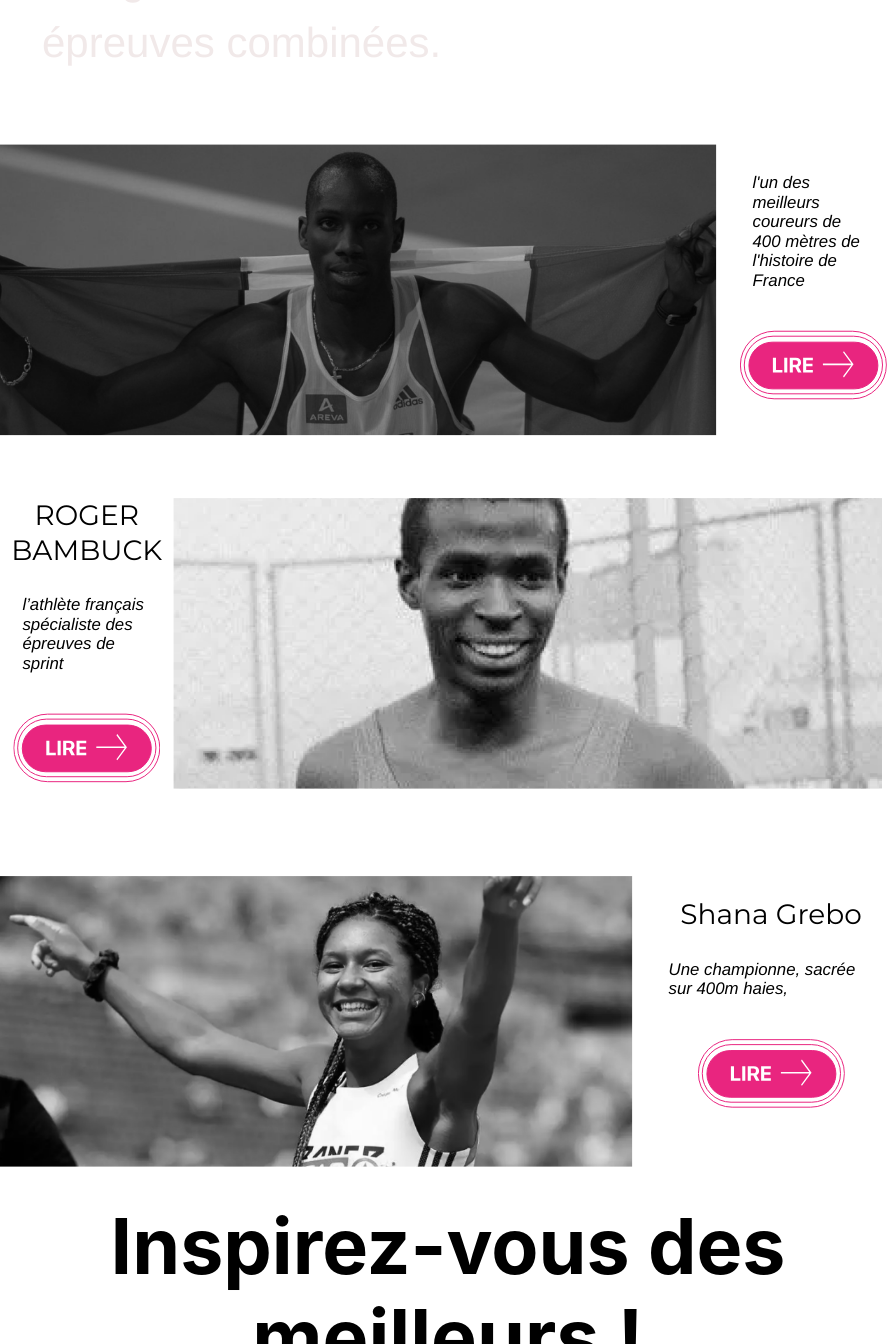
Repository: AdilGHAZAL/MosaiqueWebdoc
Page: /
These files come from the project's save history. The page is drawn as it stood at one moment and after the next save; the edit follows.
The browser window is 1280 px wide. The pictures show the part of the page from y = 1802 to 3722 px (the page is 9446 px tall before and 9391 px after), at 70% of full size.
The page's requests for data from a server got no answer. Some web fonts or font styles are not loaded; a fallback is used. Some web libraries are served in a nearby version. The project was rebuilt for these pictures with package versions that can differ from the ones it lists, and the page was loaded fresh each time. No one was signed in, and anything a server would have sent is missing. Also part of the build but not shown: vite.config.js, src/Athelete1/Athlete1.css, src/Athelete1/Athlete1.jsx, src/LoginScreen.jsx, src/backoffice.jsx, src/TrainingPage.css, src/TrainingPage.jsx.

Above is the page before, as saved 2024-05-03 01:08:47.

### index.html
<!doctype html>
<html lang="en">
  <head>
    <meta charset="UTF-8" />
    <link rel="icon" type="image/svg+xml" href="./src/logos/logoMosaique.svg" />
    <meta name="viewport" content="width=device-width, initial-scale=1.0" />
    <title>Mosaique</title>
    <link rel="preconnect" href="https://fonts.googleapis.com">
<link rel="preconnect" href="https://fonts.gstatic.com" crossorigin>
<link href="https://fonts.googleapis.com/css2?family=Mina:wght@400;700&display=swap" rel="stylesheet">
<link rel="stylesheet" href="https://cdn.jsdelivr.net/npm/bootswatch@4.5.2/dist/minty/bootstrap.min.css">
  </head>
  <body>
    <div id="root"></div>
    <script type="module" src="/src/main.jsx"></script>
  </body>
</html>

### src/App.jsx
import React from 'react';
import { BrowserRouter as Router, Routes, Route } from 'react-router-dom';
import './App.css';
import HomePage from './components/HomePage';
import Athlete1 from './Athelete1/Athlete1'; // Correct the file path
import LoginScreen from './LoginScreen';
import MainView from './backoffice';
import TrainingPage from './TrainingPage';

const App = () => {
    return (
        <Router>
            <Routes>
                <Route path="/" element={<HomePage/>} />
                <Route path="/athlete/:id" element={<Athlete1 />} />
                <Route path="/login" element={<LoginScreen />} />
                <Route path="/backoffice" element={<MainView />} />
            </Routes>
        </Router>
    );
};

export default App;

### src/index.css
:root {
  --rose: #E9257F;
  overflow-x: hidden;
}

### src/App.css
/* App.css */
.app-container {
  height: 100vh;
  background-color: #f0f0f0;
}

### src/components/HomePage.jsx
import React, { useEffect, useRef } from 'react';
import Navbar from './Navbar';
import { Application } from '@splinetool/runtime';
import './HomePage.css';
import MonComposant from './Athletes';
import MonComposant2 from './Athletes2';
import MonComposant3 from './Athletes3';
import VideoYoutube from './VideoYoutube';
import TroisDivs from './TroisDivs';
import SliderComponentContainer from './SliderComponentContainer';
import Footer from './Footer';
import PhotoGrid from './PhotoGrid';



const HomePage = () => {


  return (
    <div className="app-container">
      <Navbar />
      <div className="content">
        <h1 className="main-title">
          <span className="bold-text">Paris 2024:</span><span> Célébrez la beauté et la puissance du corps humain.</span>
        </h1>
        <div className="UBimage">
          <img src="./src/assets/ub1.png" alt="imageUB" />
        </div>
        <section className='scroll-reveal' >
          <span>
            Les épreuves d'athlétisme aux Jeux Olympiques regroupent un large éventail de disciplines, toutes basées sur les capacités physiques fondamentales de l'être humain : courir, sauter et lancer. Elles se répartissent en quatre grandes catégories, course, saut, lancers et épreuves combinées.
          </span>
        </section>

      </div>
      <div className='athletes'>
        {/* Adding the ScrollPhotos component */}
        <MonComposant/>
        <MonComposant2/>
        <MonComposant3/>
      </div>
      <VideoYoutube/>
      <TroisDivs/>
      <SliderComponentContainer />
      <PhotoGrid/>
      <Footer/>


    </div>
  );
};

export default HomePage;

### src/components/Navbar.jsx
import React, { useState } from 'react';
import './Navbar.css';
import Burger from "../assets/menuBurger.svg";
import Cross from "../assets/cross.svg";
import iconMosaique from "../logos/logoMosaique.svg";
import iconVilleparis from "../logos/logoVilledeparis.svg";

const Navbar = () => {
  const [isOpen, setOpen] = useState(false); // State to manage the menu visibility

  return (
    <div className="navbar">
      <div className="logo-container">
        <a href="URL_of_the_first_logo" target='_blank' rel="noopener noreferrer">
          <img className="logo" src={iconMosaique} alt="First Logo" />
        </a>
        <img className="cross-icon" src={Cross} alt="Cross Icon" />
        <a href="https://www.paris.fr"  target='_blank' rel="noopener noreferrer">
          <img className="logo" src={iconVilleparis} alt="Second Logo" />
        </a>
      </div>
      <div className="right-container">
        <div className="text-containerNav">
            Athlétisme
        </div>
        <div className="menuBurger">
          <img src={Burger} alt="Menu Burger Icon" onClick={() => setOpen(!isOpen)} />
        </div>
      </div>
      {isOpen && (
        <div className="dropdown-menu">

          <a href="/login">Login</a>
          <a href="#parcours">Des parcours examplaire</a>
          <a href="#exclusive">Vidéo exclusive</a>
          <a href="#sessions">Séances d'entraînement</a>
        </div>
      )}
    </div>
  );
};

export default Navbar;

### src/components/HomePage.css
/* App.css */
body {
    margin: 0;
    background-color: #ffffff;
    color: #000000;
    display: flex;
    flex-direction: column;
    align-items: center;
    justify-content: center;
    min-height: 100vh;

  }

  .app-container {
      font-family: "SF Pro Display-Medium", Helvetica;
    width: 100vw;
    height: 100%;
    min-height: 100vh;
    /*  background-image: url('./assets/ub1.png');*/
    display: flex;
    flex-direction: column;
    margin: auto;
    background-color: #ffffff;
  }

  .main-title {
    font-family: 'SF Pro Display', sans-serif;
    font-size: 70px;
    font-weight: 500;
    line-height: 83.54px;
    text-align: center;
    margin-top: 100px;
    color: #000000;

  }


  .bold-text {
    font-weight: 700;
  }

  .content {
    padding: 20px;
    width: 100%;
    max-width: 1200px;
    margin: auto;

  }

  .UBimage {
    width: auto;
  }

  .bottom-text {
    font-size: 18px;
    text-align: center;
    margin-top: 30px;
  }
  .scroll-reveal > * {
    /* text-align: justify; */
    display: inline;
    color:hsl(0deg 22.14% 64.8% / 20%);
    font-size: 60px;
    font-weight: 500;
    background-clip: text;
    background-repeat: no-repeat;
    background-size: 0% 100%;
    background-image: linear-gradient( #E9257F, #ce1f71 );
    animation: scroll-reveal linear forwards;
    animation-timeline: view();
  }

  .scroll-text {

    text-align: justify;
  }
  @keyframes scroll-reveal {
    to {
      background-size: 100% 100%;
    }
  }
  .scroll-reveal p {
    /* font-family: SF Pro Display; */


  }

  .scrollPhotos {
    display: flex;
    justify-content: flex-start; /* Align photos to the maximum left */
    width: 100%;
    overflow-x: auto; /* Enable horizontal scrolling if photos exceed container width */
    padding: 20px 0; /* Optional padding */
  }

### src/components/Athletes.jsx
import React, { useState, useEffect } from 'react';
import './Athletes.css';
import { Link } from 'react-router-dom';
import { collection, getDocs } from 'firebase/firestore';
import { db } from '../firebaseConfig';

const MonComposant = () => {
  const [selectedChampion, setSelectedChampion] = useState(null);
  const [champions, setChampions] = useState([]);

  useEffect(() => {
    const fetchChampions = async () => {
      try {
        const championsSnapshot = await getDocs(collection(db, 'champions')); // Assurez-vous que db est une référence valide à votre base de données Firestore
        let championsData = championsSnapshot.docs.map(doc => ({ id: doc.id, ...doc.data() }));
        championsData = championsData.sort((a, b) => a.year - b.year);
        setChampions(championsData);
        setSelectedChampion(championsData[0]);
      } catch (error) {
        console.error('Erreur lors de la récupération des champions :', error);
      }
    };

    fetchChampions();
  }, []);

  return (
    <div className="containerAthletes">
      <div className="photoAthletes">
        <img src="./src/assets/photo1.png" alt="Description de la photo" />

      </div>
      <div className="contenuAthletes">
        <h2>{selectedChampion && selectedChampion.name}</h2>
        <p> l'un des meilleurs coureurs de 400 mètres de l'histoire de France</p>
        <Link to={`/athlete/${selectedChampion && selectedChampion.id}`}>
          <div className="image-button-athl">
          </div>
        </Link>
      </div>
    </div>
  );
};

export default MonComposant;

### src/components/Athletes2.jsx
import React from 'react';
import './Athletes.css';
import humainicon from "../assets/humainicon.svg"

const MonComposant2 = () => {
  return (
    <div className="containerAthletes">

      <div className="contenuAthletes">
        <h2>ROGER BAMBUCK</h2>
        <p>l’athlète français spécialiste des épreuves de sprint</p>
        <div class="image-button-athl">
          <button />
      </div>
      </div>
        {/* <img src={humainicon} alt="" style={{height:"20px", width:"20px", position:"absolute"}}/> */}
      <div className="photoAthletes">
        {/* Ajoutez votre composant photo ici */}
        <img src="./src/assets/Athlete2.png" alt="Description de la photo" />
      </div>

    </div>
  );
}

export default MonComposant2;

### src/components/Athletes3.jsx
import React from 'react';
import './Athletes.css';


const MonComposant3 = () => {
  return (
    <div className="containerAthletes">
      <div className="photoAthletes">
        {/* Ajoutez votre composant photo ici */}
        <img src="./src/assets/Athlete3.png" alt="Description de la photo" />
      </div>
      <div className="contenuAthletes">
        <h2>Shana Grebo</h2>
        <p>Une championne, sacrée sur 400m haies,</p>
        <div class="image-button-athl">
          <button />
        </div>
      </div>
    </div>
  );
}
export default MonComposant3;

### src/components/VideoYoutube.jsx
import React from 'react';
import './VideoYoutube.css';

const VideoYoutube = ({ titre, videoId, footerText }) => {
  return (
    <div className="conteneur-video">
      <div className="titleVideo">
        <h2>Inspirez-vous des meilleurs !</h2>
      </div>
      <div className="video">
        <iframe
          width="100%"
          height="500"
          src={`https://www.youtube.com/embed/${videoId}`}
          title={titre}
          frameborder="0"
          allow="accelerometer; autoplay; clipboard-write; encrypted-media; gyroscope; picture-in-picture"
          allowfullscreen
        ></iframe>
      </div>
      <div className="video-footer">
        {footerText} Video exclusive des débuts d’Usain Bolt
      </div>
    </div>
  );
}

export default VideoYoutube;

### src/components/TroisDivs.jsx
import React from 'react';
import logo1 from '../assets/Icon3.svg';
import logo2 from '../assets/Icon2.svg';
import logo3 from '../assets/Group.svg';
import './TroisDivs.css';

const TroisDivs = () => {
  return (
    <div>
      <h1 className="TitreTroisDivs">Leur conseils
pour debuter</h1>
      <div className="conteneur-trois-divs">
        <div className="carteTroisDivs">
          <img src={logo1} alt="Logo 1" />
          <h3>Matériel</h3>
          <p>Tout ce dont vous avez besoin pour commencer</p>
        </div>
        <div className="carteTroisDivs">
          <img src={logo2} alt="Logo 2" />
          <h3>Entraînement</h3>
          <p>Tout ce que vous devez savoir sur la préparation physique</p>
        </div>
        <div className="carteTroisDivs">
          <img src={logo3} alt="Logo 3" />
          <h3>Astuces</h3>
          <p>Tout ce que vous devez savoir pour bien finir la séance</p>
        </div>
      </div>
      <div className="centrer-bouton">

        <div class="image-button-sentrainer">
          <button />
      </div>
      </div>
    </div>
  );
}

export default TroisDivs;

### src/components/SliderComponentContainer.jsx
import React from 'react';
import SliderComponent from './SliderComponent';
import './SliderComponentContainer.css';

function SliderComponentContainer() {
  const slides = [
    {
      image: './src/assets/ImageFille2.png',
      caption: '30 Km Pro'
    },
    {
      image: './src/assets/ImageFille.png',
      caption: '10 Km Intermédiaire'
    },
    {
      image: './src/assets/ImageFille3.png',
      caption: '3 Km Débutant'
    }
  ];

  return (
    <div className="slider-component-container">
      <h1>Relevez les défis et partagez-les</h1>
      <p>Participez aux challenges proposés et gagnez des lots*</p>
      <p>*disponibles depuis la boutique officielle sur présentation du mail</p>
      <SliderComponent slides={slides} />
    </div>
  );
}

export default SliderComponentContainer;

### src/components/Footer.jsx
import React from 'react';
import './Footer.css';

function Footer() {
  return (
    <footer className="footer" >
      <div className="container">
      </div>
    </footer>
  );
}

export default Footer;

### src/components/PhotoGrid.jsx
import React from 'react';
import './PhotoGrid.css'; // Import your CSS file

const PhotoGrid = () => {
  return (
    <div className='container'>
        <div className="photoGridContainer">
      <div className="div1">
      <img src="./src/assets/PhotoInsta4.png" alt="Description of Image 1" />
      </div>
      <div className="div2">
      <img src="./src/assets/PhotoInsta3.png" alt="Description of Image 1" />
      </div>
      <div className="div3">
         <img src="./src/assets/PhotoInsta5.png" alt="Description of Image 1" />
      </div>
      <div className="div4">
         <img src="./src/assets/PhotoInsta1.png" alt="Description of Image 1" />
      </div>
      <div className="div5">
         <img src="./src/assets/PhotoInsta2.png" alt="Description of Image 1" />
      </div>
      <div className="div6">
         <img src="./src/assets/PhotoInsta6.png" alt="Description of Image 1" />
      </div>
      </div>
      <div className='photoGridText'>
        <p>
            Partagez vos réussites en groupe ou solo et gagnez des
            récompenses*
            *des médailles,  des goodies JO, des bons d(achats chez nos partenaires et bien d’autres encore ...
        </p>
      </div>
    </div>
  );
}

export default PhotoGrid;

### src/firebaseConfig.jsx
// Import the functions you need from the SDKs you need
import { initializeApp } from "firebase/app";
import { getAuth } from "firebase/auth";
import { getFirestore } from "firebase/firestore";
// TODO: Add SDKs for Firebase products that you want to use
// https://firebase.google.com/docs/web/setup#available-libraries

// Your web app's Firebase configuration
const firebaseConfig = {
  apiKey: "AIzaSyAUMnE3uMe61y8NbS4tX2Nn4PoW8VoGS0U",
  authDomain: "webdoc-a4a03.firebaseapp.com",
  projectId: "webdoc-a4a03",
  storageBucket: "webdoc-a4a03.appspot.com",
  messagingSenderId: "931293814028",
  appId: "1:931293814028:web:5bc01cfec675ae5bf27d29"
};

// Initialize Firebase
export const FIREBASE_APP = initializeApp(firebaseConfig);
export const FIREBASE_AUTH=getAuth(FIREBASE_APP)
export const db=getFirestore(FIREBASE_APP)

### src/components/Athletes.css
.containerAthletes {
  display: flex;
    justify-content: center;
    margin-bottom: 3rem;
    margin-top: 5rem;
}

.photoAthletes {
  flex: 1;
  margin-right: 20px;
}

.photoAthletes:hover img {
  filter: brightness(50%);
}


.contenuAthletes {
  flex: 2;
  display: flex;
  flex-direction: column;
  align-items: center;
  margin: auto;

  h2 {
    color: #000;
    text-align: center;
    font-size: 40px;
    font-style: normal;
    font-weight: 200;
    line-height: normal;
  }
  p {
    color: #000;
    font-size: 24px;
    font-style: italic;
    font-weight: 200;
    line-height: normal;
    padding: 2rem;
  }
  button {
    /* padding: 8px 16px;
    font-size: 14px;
    background-color: #226fc2;
    color: #fff;
    border: none;
    border-radius: 4px;
    cursor: pointer; */
  }

  button:hover {
    /* background-color: #0056b3; */
  }

  button:focus {
    outline: none;
  }

}




.image-button-athl {
  display: inline-block;
  background-image: url('../assets/lire.svg');
  background-size: cover;
  width: 210px;
  height: 112px;
  margin-bottom: 50px;
}

.image-button-athl button {
  width: 100%;
  height: 100%;
  background: transparent;
  border: none;
  padding: 8px 16px;
    font-size: 14px;
    border: none;
    border-radius: 4px;
    cursor: pointer;
}

.image-button-athl:hover  {
  filter: opacity(0.8);
}

### src/components/VideoYoutube.css
.conteneur-video {
    display: flex;
    flex-direction: column;
    align-items: center; /* Centers items horizontally */
    width: 100%; /* Full width of the container */
  }

  .titleVideo h2 {
    color: #000000;
    font-family: "SF Pro Display", Helvetica, sans-serif; /* Ensure fallback fonts */
    font-size: 110px; /* Large and prominent font size */
    font-weight: 700;
    line-height: 131.27px;
    text-align: center;
    margin-bottom: 20px; /* Space between title and video */
  }

  .video {
    width: 90%; /* Control the width of the video container */
    max-width: 960px; /* Maximum width */
    margin-top: 20px;
  }

  .video-footer {
    font-family: "SF Pro Display", Helvetica, sans-serif;
    font-size: 40px;
    font-weight: 200;
    line-height: 47.73px;
    text-align: center;
    margin-top: 20px;
    width: 100%;
    color: #666666;
  }
  @media (max-width: 768px) {
    .titleVideo h2 {
      font-size: 60px;
      line-height: 70px;
    }

    .video-footer {
      font-size: 24px;
      line-height: 28px;
    }
  }

  @media (max-width: 480px) {
    .titleVideo h2 {
      font-size: 40px;
      line-height: 48px;
    }

    .video-footer {
      font-size: 20px;
      line-height: 24px;
    }
  }

### src/components/SliderComponent.jsx
import React, { useState } from 'react';
import './SliderComponent.css';

const SliderComponent = ({ slides }) => {
  const [currentIndex, setCurrentIndex] = useState(0);

  const goToPrevious = () => {
    const isFirstSlide = currentIndex === 0;
    setCurrentIndex(isFirstSlide ? slides.length - 1 : currentIndex - 1);
  };

  const goToNext = () => {
    const isLastSlide = currentIndex === slides.length - 1;
    setCurrentIndex(isLastSlide ? 0 : currentIndex + 1);
  };

  const goToSlide = (index) => {
    setCurrentIndex(index);
  };

  return (
    <div className="slider-container">
      <div className="slide previous" onClick={goToPrevious}>
        {currentIndex > 0 && <img src={slides[currentIndex - 1].image} alt="Previous slide" />}
      </div>
      <div className="slide active">
        <img src={slides[currentIndex].image} alt={slides[currentIndex].caption} />
        <div className="caption">{slides[currentIndex].caption}</div>
      </div>
      <div className="slide next" onClick={goToNext}>
        {currentIndex < slides.length - 1 && <img src={slides[currentIndex + 1].image} alt="Next slide" />}
      </div>
      <div className="navigation">
        {slides.map((slide, index) => (
          <span key={index} className={`dot ${index === currentIndex ? 'active' : ''}`} onClick={() => goToSlide(index)}></span>
        ))}
      </div>
    </div>
  );
};

export default SliderComponent;

### src/components/SliderComponentContainer.css
.slider-component-container {
    text-align: center;
    font-family: 'SF Pro Display', Arial, sans-serif;
    width: 100%;
    margin: auto;
}

.slider-component-container h1 {
    font-family: 'SF Pro Display', Arial, sans-serif;
    font-size: 110px;
    font-weight: 500;
    line-height: 131.27px;
    text-align: center;
    color: #000;
}

.slider-component-container p {
    font-family: 'SF Pro Display', Arial, sans-serif;
    font-size: 40px;
    font-weight: 200;
    line-height: 47.73px;
    text-align: center;
    color: #000;
}

### src/components/Footer.css
/* Footer.css */

/* Style for the footer */
.footer {
    background-image: url('../assets/footer.png'); /* Specify the URL of your background image */
    background-size: cover; /* Ensure the image covers the entire footer */
    background-position: center; /* Center the image within the footer */
    padding: 0;
    text-align: center;
    width: 100%;
    height: 551px; /* Fixed height of the footer */
    margin-top: 50px;
}

/* Style for the container inside the footer */
.footer .container {
    /* background-image: url('../assets/footer.png'); */
    background-repeat: no-repeat;
    background-size: 100% 100%; /* Make the background image fill the container */
    height: 551px;
    width: 100%;
    margin: 0 auto;
}

/* Style for the text inside the footer */
.footer .text-muted {
    color: #6c757d;
}

@media (max-width: 100%) {
    /* Adjust styles for smaller screen widths */
    .footer {
        height: auto; /* Allow footer to expand with content */
        padding: 20px;
    }

    .footer .container {
        max-width: 100%; /* Adjust container width for smaller screens */
    }
}

### src/components/PhotoGrid.css
.photoGridContainer {
    display: grid;
    grid-template-columns: repeat(4, 1fr);
    grid-template-rows: repeat(6, 1fr);
    grid-column-gap: 0px;
    grid-row-gap: 0px;
    width: 60rem;
    height: 80rem;
    margin: 40px auto;

  }
  .photoGridContainer > div {
    position: relative; /* Ensure the divs can contain absolutely positioned content */
  }

  .photoGridContainer img {
    width: 100%;
    height: 100%;
    object-fit: cover; /* Make the images cover the entire area */
  }

  .div1 { grid-area: 1 / 1 / 3 / 3; }
  .div2 { grid-area: 1 / 3 / 4 / 5; }
  .div3 { grid-area: 4 / 3 / 7 / 5; }
  .div4 { grid-area: 3 / 2 / 5 / 3; }
  .div5 { grid-area: 5 / 2 / 7 / 3; }
  .div6 { grid-area: 3 / 1 / 7 / 2; }

  .photoGridContainer div {
    margin: 5px;

  }
  .photoGridText p {
    width: 55rem;
    font-size: 27px;
    display: flex;
    justify-content: center;
    align-items: center;
  }

  .container{
    display: flex;
    flex-direction: column;
    align-items: center;
  }

### src/components/SliderComponent.css
.slider-container {
  display: flex;
  justify-content: center;
  align-items: center;
  position: relative;
  overflow: hidden;
  width: 60%;
  margin: 96px auto;}

.slide {
  position: relative;
  margin: 5px;
  transition: all 0.5s ease;
  cursor: pointer;
}

.slide.active {
  width: 200rem;
  height: 40rem;

}
.slide.next {
  width: 60rem;
  height: 20rem;
  opacity: 0.5;
}
.slide.previous {
  width: 60rem;
  height: 20rem;
  opacity: 0.5;
}
.slide img {
  width: 100%;
  height: 100%;
  object-fit: cover;
}

.caption {
  position: absolute;
  top: 0;
  left: 50%;
  transform: translateX(-50%);
  width: 100%;
  text-align: center;
  background-color: rgba(0, 0, 0, 0.5);
  color: white;
  padding: 5px 0;
  font-size: 2.5em;
  font-family: 'Mina', sans-serif;
}

.navigation {
  position: absolute;
  bottom: 10px;
  width: 100%;
  display: flex;
  justify-content: center;
}
.dot {
  height: 10px;
  width: 10px;
  margin: 0 5px;
  background-color: #bbb;
  border-radius: 50%;
  cursor: pointer;
  opacity: 1;
  visibility: visible;
}


.dot.active {
  background-color: #fff;
}

Loaded but not shown: src/main.jsx (common file); src/components/TroisDivs.css (133 lines, source omitted); src/components/Navbar.css (136 lines, source omitted)

After the next save:
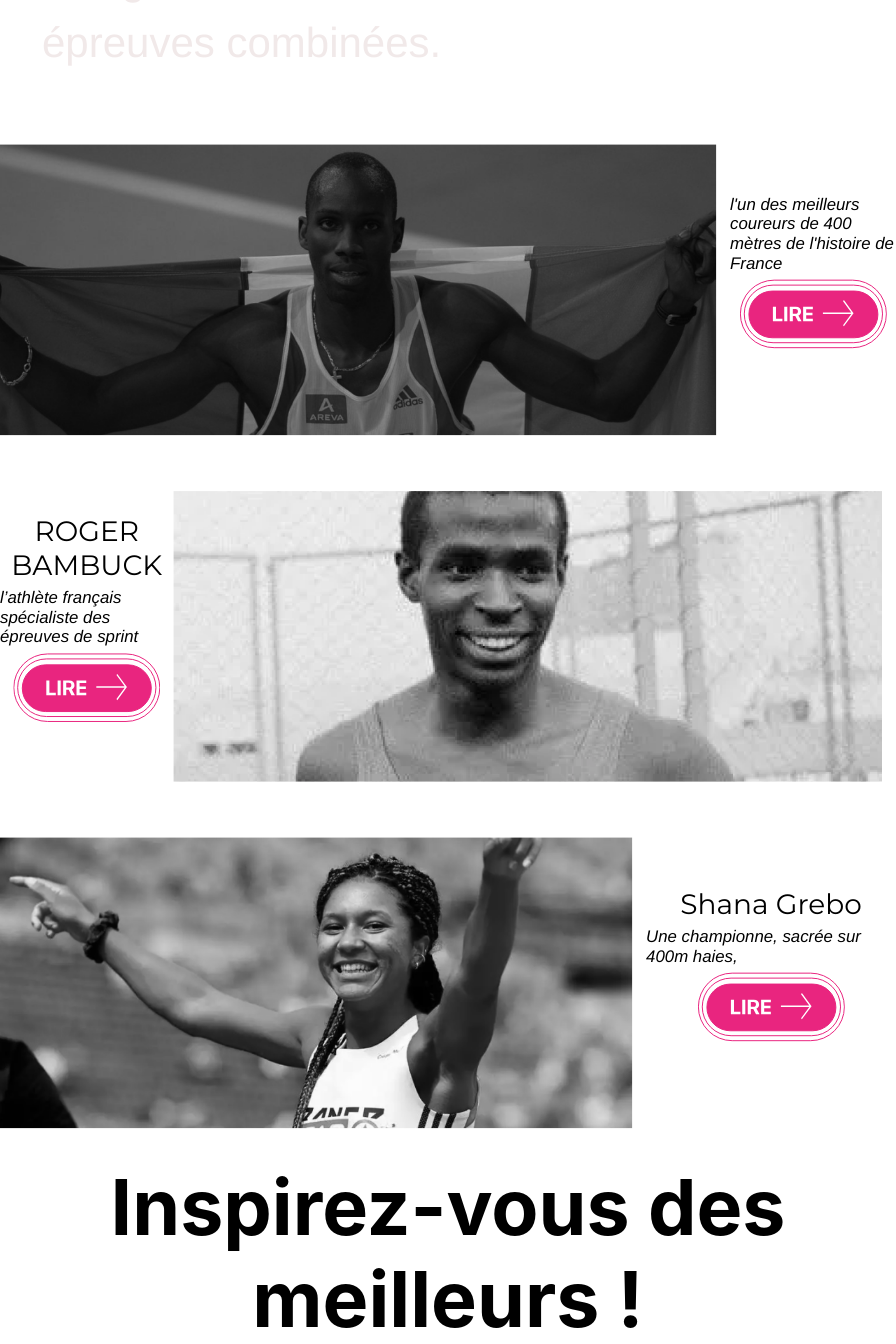
Saved 20 s later.
--- a/src/components/Athletes.css
+++ b/src/components/Athletes.css
@@ -36,7 +36,7 @@
     font-style: italic;
     font-weight: 200;
     line-height: normal;
-    padding: 2rem;
+    margin: 0 auto;
   }
   button {
     /* padding: 8px 16px;
